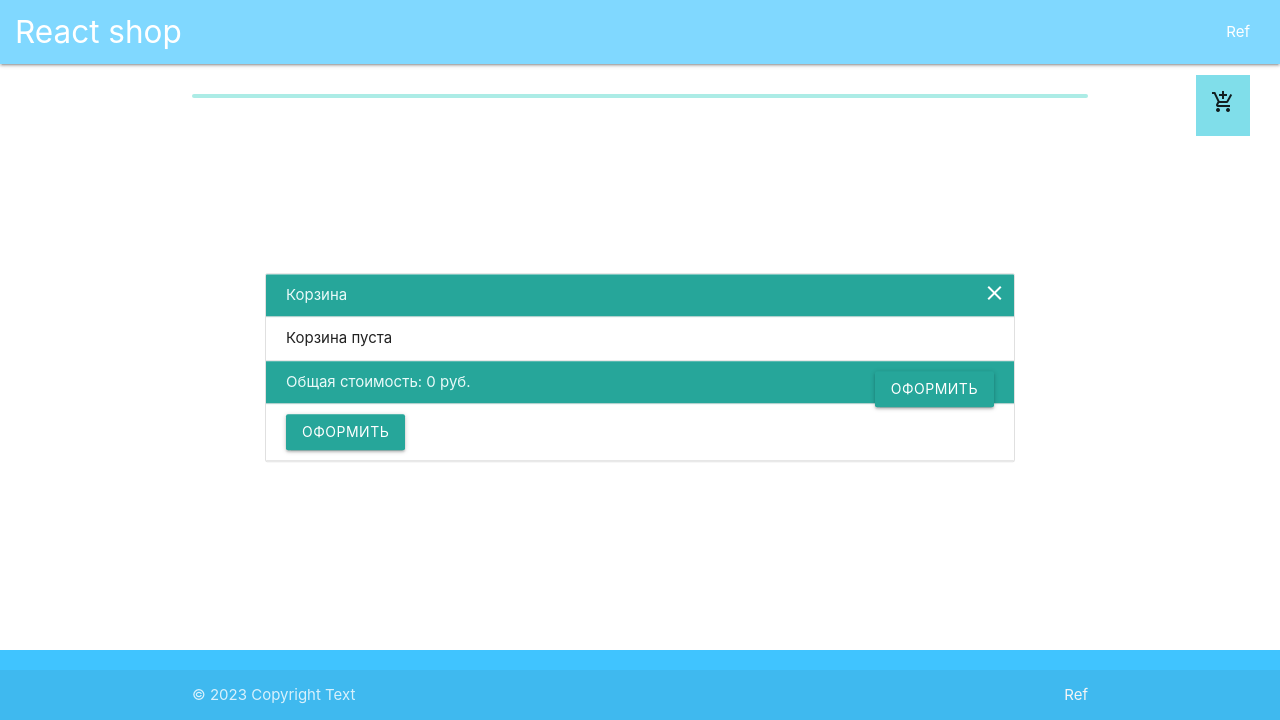
Repository: qui-qui-qui/online-shop
Page: /, after clicking the first element matching `div.cart`
These files come from the project's save history. The page is drawn as it stood at one moment and after the next save; the edit follows.
The browser window is 1280 px wide. The pictures show the whole page.
The page's requests for data from a server got no answer. The project was rebuilt for these pictures with package versions that can differ from the ones it lists, and the page was loaded fresh each time. No one was signed in, and anything a server would have sent is missing. Also part of the build but not shown: src/components/GoodsItem.jsx, src/components/GoodsList.jsx, src/components/BasketItem.jsx.

Above is the page before, as saved 2023-01-07 19:30:20.

After the next save:
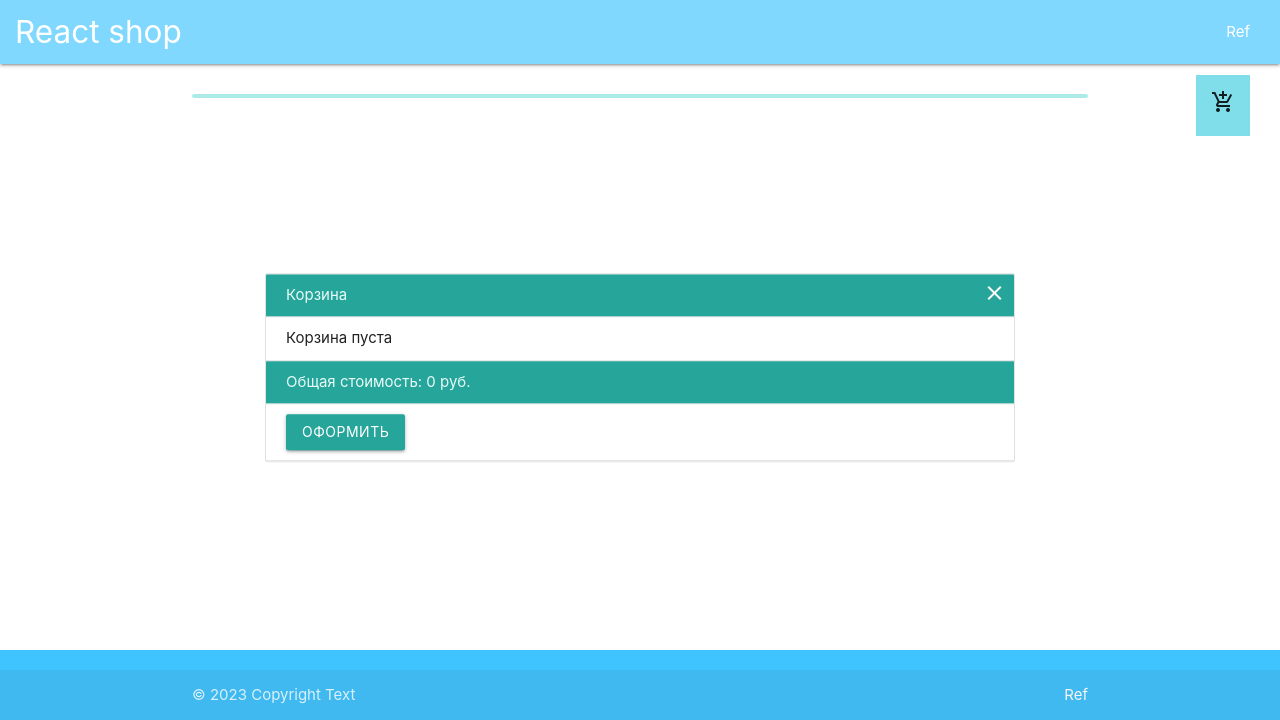
Saved 17 s later.
--- a/src/components/BasketList.jsx
+++ b/src/components/BasketList.jsx
@@ -31,7 +31,6 @@ function BasketList(props) {
       )}
       <li className="collection-item active">
         Общая стоимость: {totalPrice} руб.
-        <button className="secondary-content btn">Оформить</button>
       </li>
       <li className="collection-item">
         <button className="btn">Оформить</button>
